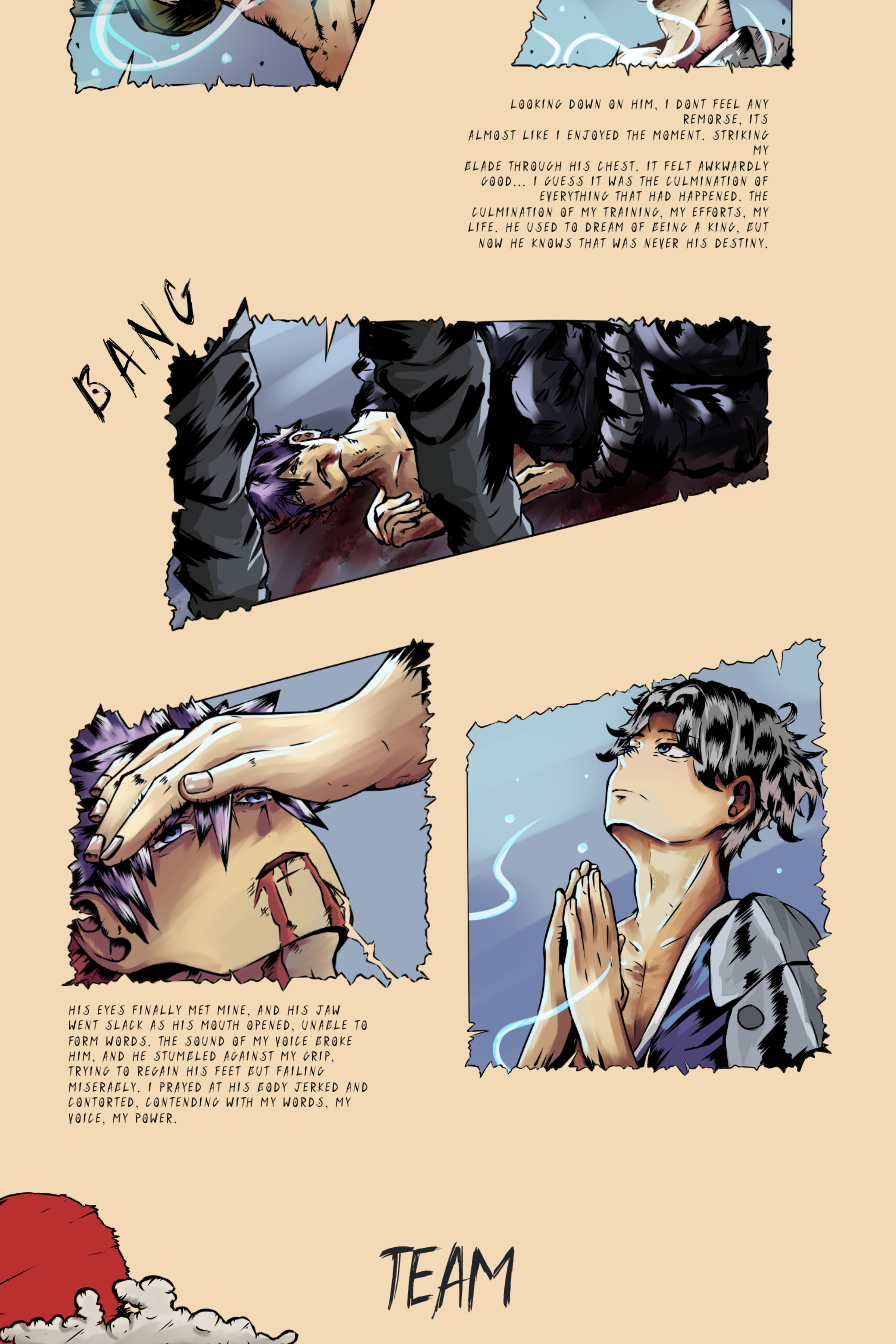
Repository: abzStudio/Kabuto-Web-notCompeleted
Page: index.html
An editor plug-in stored every save of this project. The page is shown before and after the next save, followed by the edit.
The browser window is 1280 px wide. The pictures show the part of the page from y = 1392 to 3312 px (the page is 4741 px tall before and 4763 px after), at 70% of full size.
Some web libraries are served in a nearby version.

Above is the page before, as saved 2023-03-16 03:04:43.

### index.html
<!doctype html>
<html lang="en">
  <head>
    <meta charset="utf-8">
    <meta name="viewport" content="width=device-width, initial-scale=1">
    <title>kabuto</title>
    <link rel="icon" type="image/x-icon" href="asset/images/favicon.ico">
    <link rel="stylesheet" href="asset/style.css">
    <link href="https://cdn.jsdelivr.net/npm/bootstrap@5.2.3/dist/css/bootstrap.min.css" rel="stylesheet" integrity="sha384-rbsA2VBKQhggwzxH7pPCaAqO46MgnOM80zW1RWuH61DGLwZJEdK2Kadq2F9CUG65" crossorigin="anonymous">
  <meta http-equiv="Content-Security-Policy" content="block-all-mixed-content">
  </head>

  <body><script src="https://code.jquery.com/jquery-1.10.1.min.js"></script>

    <script src="https://cdn.jsdelivr.net/npm/bootstrap@5.2.3/dist/js/bootstrap.bundle.min.js" integrity="sha384-kenU1KFdBIe4zVF0s0G1M5b4hcpxyD9F7jL+jjXkk+Q2h455rYXK/7HAuoJl+0I4" crossorigin="anonymous"></script>
<!-- New Nav Bar -->
<button class="toggle-overlay menu-btn"></button>
<aside>
    <div class="outer-close toggle-overlay">
      <a class="close"><span></span></a>
    </div>

    <nav>
        <div id="pot">  <img src="asset/images/heroimage.png" class="menu_img fade-lefts" alt="cloud"></div>
        <div class="social_icons">
            <ul class="icons_ul">
               <li><a href= ""><img href= "" src="asset/images/icons/discord.png" class="iconset" alt="icon"></a></li>
              <li><a href= "https://twitter.com/KabutoNFT"><img src="asset/images/icons/twitter.png" class="iconset" alt="icon"></a></li>
          <!--
                <li><img href= "" src="asset/images/icons/opensea.png" class="iconset" alt="icon"></li>
                <li><img href= "" src="asset/images/icons/blur.png" class="iconset" alt="icon"></li>
                <li><img href= "" src="asset/images/icons/discord.png" class="iconset" alt="icon"></li>
                <li><img href= "" src="asset/images/icons/looks.png" class="iconset" alt="icon"></li>
                <li><img href= "" src="asset/images/icons/first.png" class="iconset" alt="icon"></li>
                <li><img href= "" src="asset/images/icons/twitter.png" class="iconset" alt="icon"></li>
                <li><img href= "" src="asset/images/icons/web.png" class="iconset" alt="icon"></li>
                <li><img href= "" src="asset/images/icons/x2y2.png" class="iconset" alt="icon"></li>
                <li><img href= "" src="asset/images/icons/etherscan.png" class="iconset" alt="icon"></li>   -->
            </ul>
        </div>
        <ul class="pointshead">
            <li><a class="js-anchor-link down" href="#story_section">- Story</a></li>
            <li><a class="js-anchor-link down" href="#team_section">- Team</a></li>
            <li><a class="js-anchor-link down" href="#">- Mint</a></li>
            <li><a class="js-anchor-link down" href="#footer_section">- Useful Links</a></li>
      </ul>
    </nav>
  </aside>
<!-- end -->

    <section class="hero-section sec_ani">
    <div class="container-fluid reveal">
        <div class="row">
            <div class="col-md-12 hero_col">
                <!-- <button type="button" class="btn btn-infos btn_custom">Utility</button> -->
            </div>
        </div>
    </div>
</section>
<section id="story_section" class="section_story text-center sec_ani">
    <div class="container-fluid">
        <div class="row reveal fade-top">
            <div class="col-md-4 iamge_ad">
                <img src="asset/images/cloud.png" class="cloud_c" alt="cloud">
            </div>
            <div class="col-md-4 story_col end_col">
                <h1 class="">Story</h1>
            </div>
            <div class="col-md-4 iamge_ad">
                <img src="asset/images/tree.png" class="tree_c" alt="trees">
            </div>
            </div>
            </div>
            <div class="container container_stry">
            <div class="row row_story_end reveal fade-bottom adj_row ">
            <div class="col-md-6 story_img">
                <img src="asset/images/story_1.png" alt="Story one">
            </div>
            <div class="col-md-6 story_img">
                <img src="asset/images/story_2.png" class="story_two" alt="Story two">
              <div class="div_text">
                          <p class="text_p"> Looking down on him, I dont feel any remorse, its <br/>almost like I enjoyed the moment. Striking my <br/>blade through his chest. It felt awkwardly good... I guess it was the culmination of everything that had happened. The culmination of my training, my efforts, my life.  He used to dream of being a king, but now he knows that was never his destiny.</p>
</div>
            </div>
        </div>
        <div class="row reveal fade-left" >
            <div class="col-md-12 story_img">
                <img src="asset/images/story_3.png" class="story_three" alt="Story three">
            </div>
            </div>
            <div class="row row_story_end reveal fade-right last_set">
                <div class="col-md-6 story_img">
                    <img src="asset/images/story_4.png" class="image_star" alt="Story four">
                    <div class="div_texts">
                        <p class="text_p">His eyes finally met mine, and his jaw went slack as his mouth opened, unable to form words. The sound of my voice broke him, and he stumbled against my grip, trying to regain his feet but failing miserably. I prayed at  his body jerked and contorted, contending with my words, my voice, my power.</p>
        </div>
                </div>
                <div class="col-md-6 story_img">
                    <img src="asset/images/story_5.png" alt="Story five">

                </div>
            </div>
    </div>
</section>
<section id="team_section" class="section_story text-center sec_ani">
    <div class="container-fluid reveal fade-bottom">
        <div class="row reveal fade-top">
            <div class="col-md-4 iamge_ad">
                <img src="asset/images/suncloud.png" class="cloud_c" alt="cloud">
            </div>
            <div class="col-md-4 story_col teamhead end_col">
                <h1 class="">Team</h1>
            </div>
            <div class="col-md-4 iamge_ad">
            </div>
            </div>
            <div class="row reveal fade-left">
              <div class="contan_images">
                <div class="box">
                  <div class="imgBx">
                    <img src="asset/images/Bileth.png">
                  </div>
                  <div class="content">
                    <div class="contentset">
                      <a href="https://twitter.com/bilethh" target="_blank" rel="noopener noreferrer">          <h2>Bileth</h2> </a>
                      <p>Founder</p>
                    </div>
                  </div>
                </div>
                <div class="box">
                  <div class="imgBx">
                    <img src="asset/images/Budguy.png">
                  </div>
                  <div class="content">
                    <div class="contentset">
                      <a href="https://twitter.com/TRomail" target="_blank" rel="noopener noreferrer">        <h2>Budguy</h2> </a>
                      <p>Co-Founder</p>
                    </div>
                  </div>
                </div>
                <div class="box">
               <div class="imgBx">
                 <img src="asset/images/smshayan.png">
                  </div>
                  <div class="content">
                    <div class="contentset">
                      <a href="https://twitter.com/smshayan_eth" target="_blank" rel="noopener noreferrer">   <h2>Smshayan</h2>  </a>
                      <p>Developer</p>
                    </p>
                    </div>
                  </div>
                </div>

              </div>
                </div>

            </div>



        </section>

      <section id="footer_section" class="section_story text-center sec_ani">
          <div class="container-fluid footer_head">
            <div class="row reveal">
              <div class="col-md-12 iamge_ad">
                  <img src="asset/images/cloudredbg.png" class="cloud_c" alt="cloud">
              </div>
            </div>
        </div>
        <div class="container-fluid footer_head section_footer">
              <div class="row">
                <div class="col-sm-12 col-md-12 col-lg-12">
                  <ul>
                    <li><a class="js-anchor-link" href="#story_section">- Story</a></li>
                    <li><a class="js-anchor-link" href="#team_section">- Team</a></li>
                    <li><a class="js-anchor-link" href="#">- Mint</a></li>
                    <li><a class="js-anchor-link" href="#">- Useful Links</a></li>
              </ul>
                </div>
              </div>
              <div class="row rowicon">
                <div class="col-sm-12 col-md-12 col-lg-12 fend">
                  <div class="social_icons iconmob">
                    <ul class="icons_ul">
                      <li><a href=""><img href= "" src="asset/images/icons/discord.png" class="iconset" alt="icon">
                     </a></li>
                      <li><a href="https://twitter.com/KabutoNFT"><img src="asset/images/icons/twitter.png" class="iconset" alt="icon">
                      </a></li>

                      <!--  <li><img href= "" src="asset/images/icons/opensea.png" class="iconset" alt="icon"></li>
                        <li><img href= "" src="asset/images/icons/blur.png" class="iconset" alt="icon"></li>
                        <li><img href= "" src="asset/images/icons/discord.png" class="iconset" alt="icon"></li>
                        <li><img href= "" src="asset/images/icons/looks.png" class="iconset" alt="icon"></li>
                        <li><img href= "" src="asset/images/icons/first.png" class="iconset" alt="icon"></li>
                        <li><img href= "" src="asset/images/icons/web.png" class="iconset" alt="icon"></li>
                        <li><img href= "" src="asset/images/icons/x2y2.png" class="iconset" alt="icon"></li>
                        <li><img href= "" src="asset/images/icons/etherscan.png" class="iconset" alt="icon"></li> -->
                    </ul>
                </div>

                </div>
              </div>

        </div>
      </section>
</body>

<div class="loader"> <h1>Loading...</h1></div>


<script>
 jQuery($ => {
  $(window).on('load', () => {
    setTimeout(() => {
      $('.loader').fadeOut('fast', function() {
        $(this).remove();
      });
    }, 3000);
  });
});
    function reveal() {
  var reveals = document.querySelectorAll(".reveal");

  for (var i = 0; i < reveals.length; i++) {
    var windowHeight = window.innerHeight;
    var elementTop = reveals[i].getBoundingClientRect().top;
    var elementVisible = 150;

    if (elementTop < windowHeight - elementVisible) {
      reveals[i].classList.add("active");
    } else {
      reveals[i].classList.remove("active");
    }
  }
}

window.addEventListener("scroll", reveal);
$('aside ul li a').on('click', function(){
    $("aside").hide();
    $("aside").removeClass("open");
     $("aside").addClass("open");

});
// $('.js-anchor-link').click(function(e){
//   e.preventDefault();

//   var target = $($(this).attr('href'));
//   if(target.length){
//     var scrollTo = target.offset().top;
//     $('body, html').animate({scrollTop: scrollTo+'px'}, 1000);
//   }
// });
$('.js-anchor-link').click(function(){
  var target = $($(this).attr('href'));
 if(target.length){
  var scrollTo = target.offset().top;
    $("html, body").animate({ scrollTop: scrollTo+'px' }, 3000);
    return false;
  }

});
window.addEventListener("scroll", reveal);
$(function() {
    $('.toggle-overlay').click(function() {
      $('aside').toggleClass('open');
    });
    $('aside nav li a').click(function() {
      $('aside').toggleClass('open');
    });
  });

</script>
</html>

Loaded but not shown: asset/style.css (803 lines, source omitted)

After the next save:
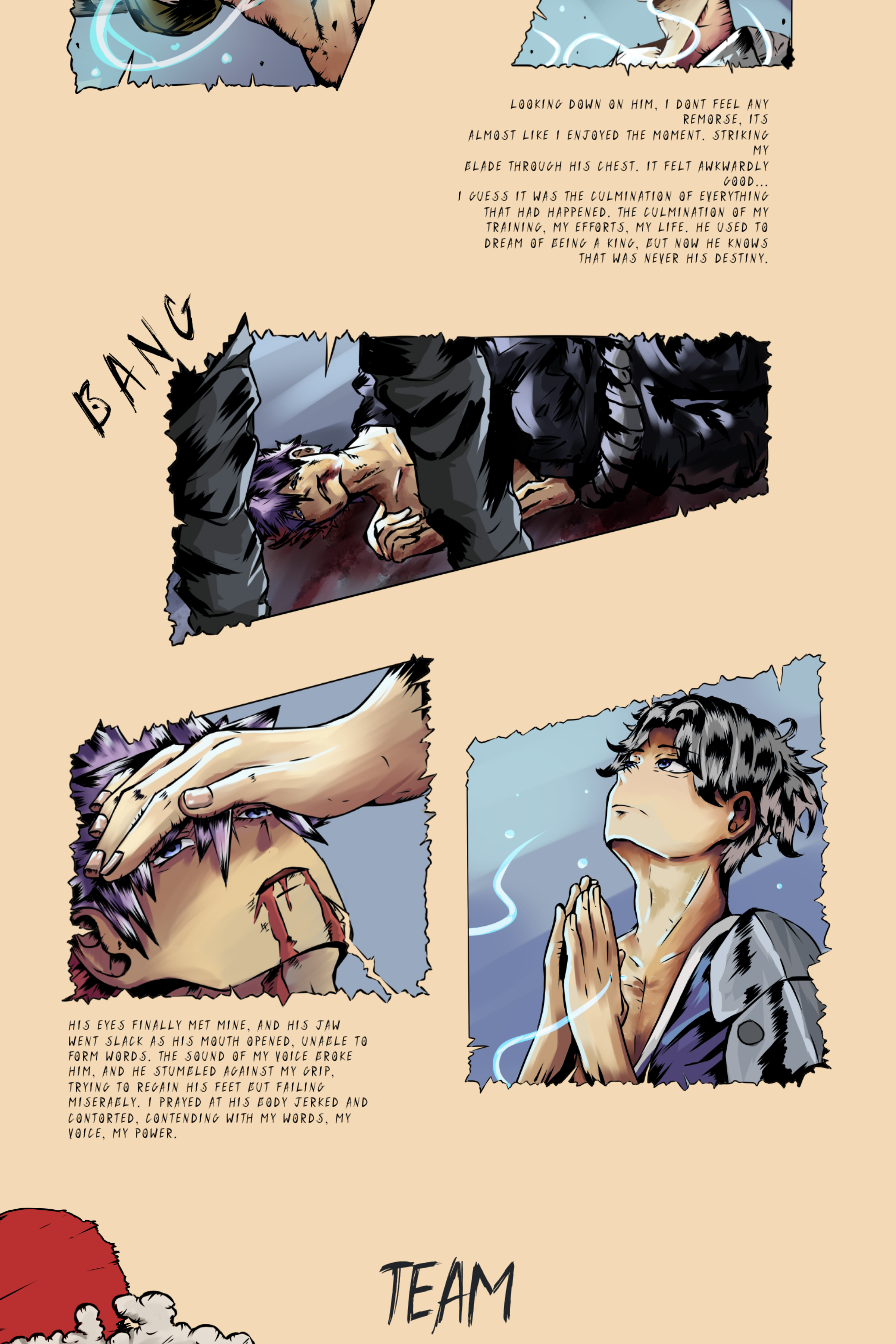
Saved 10 s later.
--- a/index.html
+++ b/index.html
@@ -79,7 +79,7 @@
             <div class="col-md-6 story_img">
                 <img src="asset/images/story_2.png" class="story_two" alt="Story two">
               <div class="div_text">
-                          <p class="text_p"> Looking down on him, I dont feel any remorse, its <br/>almost like I enjoyed the moment. Striking my <br/>blade through his chest. It felt awkwardly good... I guess it was the culmination of everything that had happened. The culmination of my training, my efforts, my life.  He used to dream of being a king, but now he knows that was never his destiny.</p>
+                          <p class="text_p"> Looking down on him, I dont feel any remorse, its <br/>almost like I enjoyed the moment. Striking my <br/>blade through his chest. It felt awkwardly good...<br/> I guess it was the culmination of everything that had happened. The culmination of my training, my efforts, my life.  He used to dream of being a king, but now he knows that was never his destiny.</p>
 </div>
             </div>
         </div>
